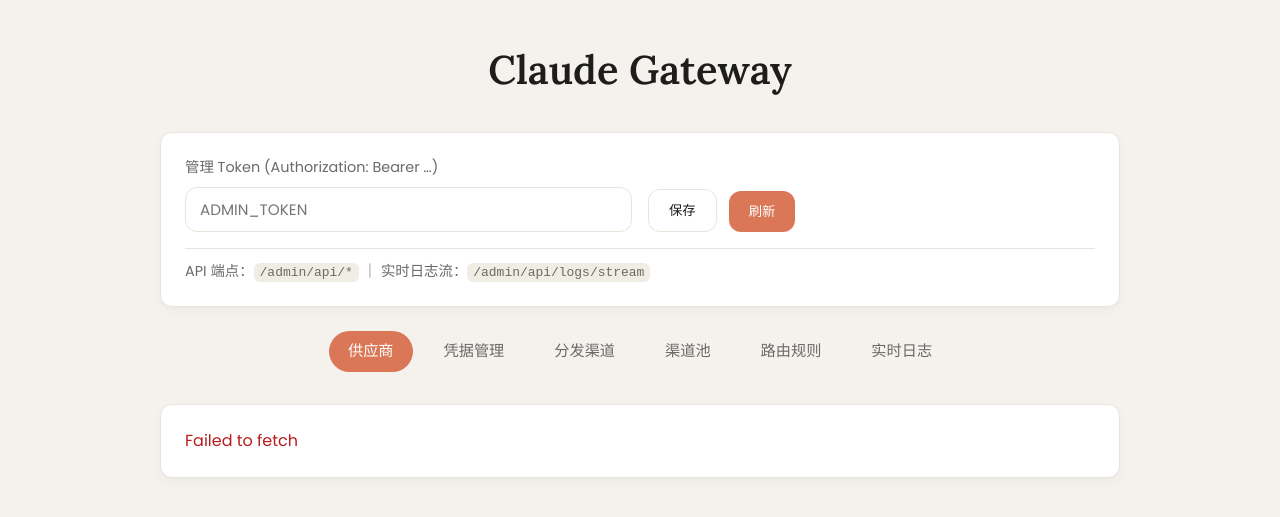
Repository: Xuuuuu04/claude-gateway
Page: internal/admin/web/index.html
An editor plug-in stored every save of this project. The page is shown before and after the next save, followed by the edit.
The browser window is 1280 px wide. The pictures show the whole page.
The page's requests for data from a server got no answer.

Above is the page before, as saved 2026-01-28 17:25:33.

### internal/admin/web/index.html
<!doctype html>
<html lang="zh-CN">
  <head>
    <meta charset="utf-8" />
    <meta name="viewport" content="width=device-width, initial-scale=1" />
    <title>Claude Gateway</title>
    <link rel="preconnect" href="https://fonts.googleapis.com">
    <link rel="preconnect" href="https://fonts.gstatic.com" crossorigin>
    <link href="https://fonts.googleapis.com/css2?family=Lora:ital,wght@0,400..700;1,400..700&family=Poppins:wght@300;400;500;600&display=swap" rel="stylesheet">
    <style>
      :root {
        --bg-color: #f5f2ed;
        --card-bg: #ffffff;
        --primary-color: #d97757;
        --primary-hover: #c4633a;
        --text-main: #1d1d1b;
        --text-muted: #6b6a68;
        --border-color: #e8e6dc;
        --code-bg: #f0ede4;
        --log-bg: #141413;
        --radius: 12px;
        --shadow: 0 4px 12px rgba(0, 0, 0, 0.03), 0 1px 2px rgba(0, 0, 0, 0.02);
      }

      * { box-sizing: border-box; }
      body {
        font-family: 'Poppins', system-ui, -apple-system, sans-serif;
        background-color: var(--bg-color);
        color: var(--text-main);
        margin: 0;
        line-height: 1.5;
        display: flex;
        flex-direction: column;
        align-items: center;
        min-height: 100vh;
      }

      .container {
        width: 100%;
        max-width: 1000px;
        padding: 40px 20px;
      }

      h1, h2, h3 {
        font-family: 'Lora', serif;
        font-weight: 600;
        margin-top: 0;
      }

      h1 { font-size: 2.5rem; margin-bottom: 32px; text-align: center; color: var(--text-main); }
      h2 { font-size: 1.5rem; margin-bottom: 20px; }
      h3 { font-size: 1.25rem; margin-bottom: 16px; color: var(--text-muted); }

      code {
        background: var(--code-bg);
        padding: 2px 6px;
        border-radius: 6px;
        font-family: ui-monospace, monospace;
        font-size: 0.9em;
      }

      input, textarea, select {
        width: 100%;
        padding: 10px 14px;
        border: 1px solid var(--border-color);
        border-radius: var(--radius);
        background-color: var(--card-bg);
        font-family: inherit;
        font-size: 0.95rem;
        transition: border-color 0.2s, box-shadow 0.2s;
        outline: none;
      }
      input:focus, textarea:focus {
        border-color: var(--primary-color);
        box-shadow: 0 0 0 3px rgba(217, 119, 87, 0.1);
      }

      textarea { min-height: 100px; resize: vertical; }

      button {
        padding: 10px 20px;
        border: none;
        background: var(--primary-color);
        color: #fff;
        border-radius: var(--radius);
        cursor: pointer;
        font-weight: 500;
        font-family: inherit;
        transition: background 0.2s, transform 0.1s;
      }
      button:hover { background: var(--primary-hover); }
      button:active { transform: scale(0.98); }
      button.secondary {
        background: transparent;
        color: var(--text-main);
        border: 1px solid var(--border-color);
      }
      button.secondary:hover { background: var(--border-color); }

      .row { display: grid; grid-template-columns: 1fr 1fr; gap: 16px; }
      .card {
        background: var(--card-bg);
        border: 1px solid var(--border-color);
        border-radius: var(--radius);
        padding: 24px;
        margin-bottom: 24px;
        box-shadow: var(--shadow);
      }
      .muted { color: var(--text-muted); font-size: 0.9rem; }

      .tabs {
        display: flex;
        gap: 12px;
        flex-wrap: wrap;
        margin-bottom: 32px;
        justify-content: center;
      }
      .tab {
        padding: 8px 18px;
        border-radius: 999px;
        cursor: pointer;
        font-weight: 500;
        font-size: 0.95rem;
        transition: all 0.2s;
        color: var(--text-muted);
        border: 1px solid transparent;
      }
      .tab:hover { background: rgba(0,0,0,0.03); }
      .tab.active {
        background: var(--primary-color);
        color: white;
      }

      .table-container { overflow-x: auto; margin: 0 -24px; }
      table { width: 100%; border-collapse: collapse; min-width: 600px; }
      th {
        text-align: left;
        padding: 12px 24px;
        font-size: 0.85rem;
        text-transform: uppercase;
        letter-spacing: 0.05em;
        color: var(--text-muted);
        border-bottom: 1px solid var(--border-color);
        font-weight: 600;
      }
      td {
        text-align: left;
        padding: 16px 24px;
        border-bottom: 1px solid var(--border-color);
        vertical-align: middle;
        font-size: 0.95rem;
      }
      tr:last-child td { border-bottom: none; }

      .logs {
        height: 400px;
        overflow: auto;
        font-family: ui-monospace, monospace;
        background: var(--log-bg);
        color: #e5e7eb;
        padding: 20px;
        border-radius: var(--radius);
        font-size: 0.85rem;
        line-height: 1.6;
      }
      .logline { white-space: pre-wrap; word-break: break-word; margin-bottom: 4px; border-bottom: 1px solid rgba(255,255,255,0.05); padding-bottom: 4px; }

      .header-actions { display: flex; align-items: center; gap: 12px; margin-top: 12px; }
      .checkbox-group { display: flex; align-items: center; gap: 8px; font-size: 0.95rem; }
      .checkbox-group input { width: auto; }

      @media (max-width: 600px) {
        .row { grid-template-columns: 1fr; }
        .container { padding: 20px 15px; }
        h1 { font-size: 2rem; }
      }
    </style>
  </head>
  <body>
    <div class="container">
      <h1>Claude Gateway</h1>

      <div class="card">
        <div class="row">
          <div>
            <div class="muted" style="margin-bottom: 8px;">管理 Token (Authorization: Bearer …)</div>
            <input id="token" type="password" placeholder="ADMIN_TOKEN" />
          </div>
          <div class="header-actions" style="align-items: flex-end;">
            <button class="secondary" id="saveToken">保存</button>
            <button id="refreshAll">刷新</button>
          </div>
        </div>
        <div class="muted" style="margin-top:16px; border-top: 1px solid var(--border-color); padding-top: 12px;">
          API 端点：<code>/admin/api/*</code> ｜ 实时日志流：<code>/admin/api/logs/stream</code>
        </div>
      </div>

      <div class="tabs" id="tabs"></div>
      <div id="view"></div>
    </div>

    <script>
      const tabs = [
        { key: 'providers', name: '供应商' },
        { key: 'credentials', name: '凭据管理' },
        { key: 'channels', name: '分发渠道' },
        { key: 'pools', name: '渠道池' },
        { key: 'rules', name: '路由规则' },
        { key: 'logs', name: '实时日志' },
      ]

      const state = {
        active: localStorage.getItem('cg.activeTab') || 'providers',
        token: localStorage.getItem('cg.adminToken') || '',
        es: null,
      }

      const $ = (id) => document.getElementById(id)

      function authHeaders() {
        const t = state.token.trim()
        return t ? { 'Authorization': 'Bearer ' + t } : {}
      }

      async function api(path, options = {}) {
        const res = await fetch('/admin/api' + path, {
          ...options,
          headers: {
            'Content-Type': 'application/json',
            ...authHeaders(),
            ...(options.headers || {}),
          },
        })
        if (res.status === 204) return null
        const text = await res.text()
        let json
        try { json = text ? JSON.parse(text) : null } catch { json = { raw: text } }
        if (!res.ok) throw new Error(json?.error || ('HTTP ' + res.status))
        return json
      }

      function renderTabs() {
        const el = $('tabs')
        el.innerHTML = ''
        for (const t of tabs) {
          const d = document.createElement('div')
          d.className = 'tab' + (state.active === t.key ? ' active' : '')
          d.textContent = t.name
          d.onclick = () => {
            state.active = t.key
            localStorage.setItem('cg.activeTab', t.key)
            if (state.es) { state.es.close(); state.es = null }
            render()
          }
          el.appendChild(d)
        }
      }

      function table(headers, rows) {
        const thead = '<tr>' + headers.map(h => '<th>' + h + '</th>').join('') + '</tr>'
        const tbody = rows.map(r => '<tr>' + r.map(c => '<td>' + c + '</td>').join('') + '</tr>').join('')
        return '<div class="table-container"><table><thead>' + thead + '</thead><tbody>' + tbody + '</tbody></table></div>'
      }

      function jsonBox(v) {
        const s = typeof v === 'string' ? v : JSON.stringify(v ?? null)
        return '<code>' + s.replaceAll('<', '&lt;') + '</code>'
      }

      async function renderProviders() {
        const list = await api('/providers') || []
        const rows = list.map(p => [
          String(p.id),
          p.type,
          p.base_url,
          jsonBox(p.default_headers_json || null),
          p.enabled ? '启用' : '禁用',
          '<button class="secondary" data-del-provider="' + p.id + '">删除</button>',
        ])
        return `
          <div class="card">
            <h2>供应商列表 (Providers)</h2>
            ${table(['ID','供应商类型','基础地址 (Base URL)','默认请求头 (Headers)','状态','操作'], rows)}
          </div>
          <div class="card">
            <h3>新增供应商</h3>
            <div class="row">
              <div><input id="p_type" placeholder="供应商类型 (如 anthropic/openai/gemini)" /></div>
              <div><input id="p_base" placeholder="基础地址 (如 https://api.anthropic.com)" /></div>
            </div>
            <div style="margin-top:16px;"><textarea id="p_hdrs" placeholder='默认请求头 JSON，例如 {"anthropic-version":"2023-06-01"}'></textarea></div>
            <div style="margin-top:16px;" class="checkbox-group"><label><input type="checkbox" id="p_enabled" checked /> 立即启用</label></div>
            <div style="margin-top:16px;"><button id="p_create">创建供应商</button></div>
          </div>
        `
      }

      async function renderCredentials() {
        const list = await api('/credentials') || []
        const rows = list.map(c => [
          String(c.id),
          String(c.provider_id),
          c.name,
          c.key_last4 || '',
          String(c.weight),
          c.concurrency_limit == null ? '-' : String(c.concurrency_limit),
          c.enabled ? '启用' : '禁用',
          '<button class="secondary" data-del-cred="' + c.id + '">删除</button>',
        ])
        return `
          <div class="card">
            <h2>凭据管理 (Credentials)</h2>
            ${table(['ID','供应商 ID','名称','密钥末 4 位','权重','并发限制','状态','操作'], rows)}
          </div>
          <div class="card">
            <h3>新增凭据</h3>
            <div class="row">
              <div><input id="c_pid" placeholder="供应商 ID (Provider ID)" /></div>
              <div><input id="c_name" placeholder="凭据名称" /></div>
            </div>
            <div style="margin-top:16px;"><input id="c_key" type="password" placeholder="API 密钥 (API Key - 仅写入时使用，不会回显)" /></div>
            <div class="row" style="margin-top:16px;">
              <div><input id="c_weight" placeholder="权重 (默认 1)" /></div>
              <div><input id="c_conc" placeholder="并发限制 (Concurrency Limit - 可留空)" /></div>
            </div>
            <div style="margin-top:16px;" class="checkbox-group"><label><input type="checkbox" id="c_enabled" checked /> 立即启用</label></div>
            <div style="margin-top:16px;"><button id="c_create">创建凭据</button></div>
          </div>
        `
      }

      async function renderChannels() {
        const list = await api('/channels') || []
        const rows = list.map(c => [
          String(c.id),
          String(c.credential_id),
          c.name,
          jsonBox(c.model_map_json || null),
          jsonBox(c.extra_headers_json || null),
          c.enabled ? '启用' : '禁用',
          '<button class="secondary" data-del-channel="' + c.id + '">删除</button>',
        ])
        return `
          <div class="card">
            <h2>分发渠道 (Channels)</h2>
            ${table(['ID','凭据 ID','名称','模型映射','额外请求头','状态','操作'], rows)}
          </div>
          <div class="card">
            <h3>新增分发渠道</h3>
            <div class="row">
              <div><input id="ch_cid" placeholder="凭据 ID" /></div>
              <div><input id="ch_name" placeholder="渠道名称" /></div>
            </div>
            <div style="margin-top:16px;"><textarea id="ch_modelmap" placeholder='模型映射 JSON，例如 {"claude-3-5-sonnet":"claude-3-5-sonnet-20241022"}'></textarea></div>
            <div style="margin-top:16px;"><textarea id="ch_hdrs" placeholder='额外请求头 JSON，例如 {"x-custom-header":"value"}'></textarea></div>
            <div style="margin-top:16px;" class="checkbox-group"><label><input type="checkbox" id="ch_enabled" checked /> 立即启用</label></div>
            <div style="margin-top:16px;"><button id="ch_create">创建渠道</button></div>
          </div>
        `
      }

      async function renderPools() {
        const list = await api('/pools') || []
        const rows = list.map(p => [
          String(p.id),
          p.name,
          p.strategy,
          jsonBox(p.channel_ids),
          p.enabled ? '启用' : '禁用',
          '<button class="secondary" data-del-pool="' + p.id + '">删除</button>',
        ])
        return `
          <div class="card">
            <h2>渠道池 (Pools)</h2>
            ${table(['ID','池名称','调度策略','包含渠道 ID','状态','操作'], rows)}
            <div class="muted" style="margin-top:12px;">可用调度策略：<code>round_robin</code> (轮询) / <code>weighted_rr</code> (加权轮询) / <code>least_inflight</code> (最小并发) / <code>priority_failover</code> (优先级故障转移)</div>
          </div>
          <div class="card">
            <h3>新增渠道池</h3>
            <div class="row">
              <div><input id="pl_name" placeholder="池名称 (如 default)" /></div>
              <div><input id="pl_strategy" placeholder="调度策略" value="round_robin" /></div>
            </div>
            <div style="margin-top:16px;"><input id="pl_channels" placeholder="渠道 ID 列表 (逗号分隔，例如 1,2,3)" /></div>
            <div style="margin-top:16px;" class="checkbox-group"><label><input type="checkbox" id="pl_enabled" checked /> 立即启用</label></div>
            <div style="margin-top:16px;"><button id="pl_create">创建渠道池</button></div>
          </div>
        `
      }

      async function renderRules() {
        const list = await api('/rules') || []
        const rows = list.map(rr => [
          String(rr.id),
          String(rr.priority),
          jsonBox(rr.match_json || {}),
          String(rr.pool_id),
          rr.fallback_pool_id == null ? '-' : String(rr.fallback_pool_id),
          rr.enabled ? '启用' : '禁用',
          '<button class="secondary" data-del-rule="' + rr.id + '">删除</button>',
        ])
        return `
          <div class="card">
            <h2>路由规则 (Rules)</h2>
            ${table(['ID','优先级','匹配条件','目标池 ID','备选池 ID','状态','操作'], rows)}
            <div class="muted" style="margin-top:12px;">匹配条件支持：<code>facade</code> (接口类型), <code>model</code> (模型名), <code>model_regex</code> (正则匹配)。优先级越小越先匹配。</div>
          </div>
          <div class="card">
            <h3>新增路由规则</h3>
            <div class="row">
              <div><input id="r_priority" placeholder="优先级 (数字，越小越优先)" value="10" /></div>
              <div><input id="r_pool" placeholder="目标渠道池 ID" /></div>
            </div>
            <div style="margin-top:16px;"><input id="r_fallback" placeholder="备选渠道池 ID (可选)" /></div>
            <div style="margin-top:16px;"><textarea id="r_match" placeholder='匹配条件 JSON，例如 {"facade":"anthropic","model_regex":".*sonnet.*"}'></textarea></div>
            <div style="margin-top:16px;" class="checkbox-group"><label><input type="checkbox" id="r_enabled" checked /> 立即启用</label></div>
            <div style="margin-top:16px;"><button id="r_create">创建规则</button></div>
          </div>
        `
      }

      async function renderLogs() {
        return `
          <div class="card">
            <h2>实时日志 (Logs)</h2>
            <div class="muted" style="margin-bottom: 16px;">通过 SSE 实时订阅系统日志 (仅展示最近 200 条)</div>
            <div class="logs" id="logbox"></div>
          </div>
        `
      }

      async function render() {
        renderTabs()
        $('token').value = state.token
        const view = $('view')
        view.innerHTML = '<div class="muted">加载中…</div>'
        try {
          let html = ''
          if (state.active === 'providers') html = await renderProviders()
          if (state.active === 'credentials') html = await renderCredentials()
          if (state.active === 'channels') html = await renderChannels()
          if (state.active === 'pools') html = await renderPools()
          if (state.active === 'rules') html = await renderRules()
          if (state.active === 'logs') html = await renderLogs()
          view.innerHTML = html
          bindActions()
        } catch (e) {
          view.innerHTML = '<div class="card"><div style="color:#b91c1c;">' + String(e.message || e) + '</div></div>'
        }
      }

      function bindActions() {
        if (state.active === 'providers') {
          $('p_create').onclick = async () => {
            const hdrs = $('p_hdrs').value.trim()
            await api('/providers', { method: 'POST', body: JSON.stringify({
              type: $('p_type').value.trim(),
              base_url: $('p_base').value.trim(),
              default_headers_json: hdrs ? JSON.parse(hdrs) : null,
              enabled: $('p_enabled').checked,
            })})
            render()
          }
          document.querySelectorAll('[data-del-provider]').forEach(btn => btn.onclick = async () => {
            await api('/providers/' + btn.dataset.delProvider, { method: 'DELETE' })
            render()
          })
        }
        if (state.active === 'credentials') {
          $('c_create').onclick = async () => {
            const conc = $('c_conc').value.trim()
            await api('/credentials', { method: 'POST', body: JSON.stringify({
              provider_id: Number($('c_pid').value),
              name: $('c_name').value.trim(),
              api_key: $('c_key').value.trim(),
              weight: Number($('c_weight').value || 1),
              concurrency_limit: conc ? Number(conc) : null,
              enabled: $('c_enabled').checked,
            })})
            render()
          }
          document.querySelectorAll('[data-del-cred]').forEach(btn => btn.onclick = async () => {
            await api('/credentials/' + btn.dataset.delCred, { method: 'DELETE' })
            render()
          })
        }
        if (state.active === 'channels') {
          $('ch_create').onclick = async () => {
            const mm = $('ch_modelmap').value.trim()
            const hdrs = $('ch_hdrs').value.trim()
            await api('/channels', { method: 'POST', body: JSON.stringify({
              credential_id: Number($('ch_cid').value),
              name: $('ch_name').value.trim(),
              model_map_json: mm ? JSON.parse(mm) : null,
              extra_headers_json: hdrs ? JSON.parse(hdrs) : null,
              enabled: $('ch_enabled').checked,
            })})
            render()
          }
          document.querySelectorAll('[data-del-channel]').forEach(btn => btn.onclick = async () => {
            await api('/channels/' + btn.dataset.delChannel, { method: 'DELETE' })
            render()
          })
        }
        if (state.active === 'pools') {
          $('pl_create').onclick = async () => {
            const ids = $('pl_channels').value.split(',').map(x => x.trim()).filter(Boolean).map(Number)
            await api('/pools', { method: 'POST', body: JSON.stringify({
              name: $('pl_name').value.trim(),
              strategy: $('pl_strategy').value.trim(),
              channel_ids: ids,
              enabled: $('pl_enabled').checked,
            })})
            render()
          }
          document.querySelectorAll('[data-del-pool]').forEach(btn => btn.onclick = async () => {
            await api('/pools/' + btn.dataset.delPool, { method: 'DELETE' })
            render()
          })
        }
        if (state.active === 'rules') {
          $('r_create').onclick = async () => {
            const fb = $('r_fallback').value.trim()
            const match = $('r_match').value.trim()
            await api('/rules', { method: 'POST', body: JSON.stringify({
              priority: Number($('r_priority').value),
              match_json: match ? JSON.parse(match) : {},
              pool_id: Number($('r_pool').value),
              fallback_pool_id: fb ? Number(fb) : null,
              enabled: $('r_enabled').checked,
            })})
            render()
          }
          document.querySelectorAll('[data-del-rule]').forEach(btn => btn.onclick = async () => {
            await api('/rules/' + btn.dataset.delRule, { method: 'DELETE' })
            render()
          })
        }
        if (state.active === 'logs') {
          const box = $('logbox')
          const token = state.token.trim()
          if (!token) {
            box.innerHTML = '<div class="logline">需要先设置 ADMIN_TOKEN</div>'
            return
          }
          if (state.es) state.es.close()
          const url = '/admin/api/logs/stream?token=' + encodeURIComponent(token)
          const es = new EventSource(url, { withCredentials: false })
          state.es = es
          es.onmessage = () => {}
          es.addEventListener('log', (ev) => {
            try {
              const obj = JSON.parse(ev.data)
              const line = `[${obj.ts}] ${obj.facade} 模型=${obj.model} 供应商=${obj.provider_type} 渠道池=${obj.pool_id} 渠道=${obj.channel_id} 状态=${obj.status} 耗时=${obj.latency_ms}ms ${obj.error || ''}`
              const div = document.createElement('div')
              div.className = 'logline'
              div.textContent = line
              box.appendChild(div)
              while (box.childNodes.length > 200) box.removeChild(box.firstChild)
              box.scrollTop = box.scrollHeight
            } catch {}
          })
          es.onerror = () => {
            const div = document.createElement('div')
            div.className = 'logline'
            div.textContent = '[错误] SSE 连接已断开'
            box.appendChild(div)
          }
        }
      }

      $('saveToken').onclick = () => {
        state.token = $('token').value.trim()
        localStorage.setItem('cg.adminToken', state.token)
        render()
      }
      $('refreshAll').onclick = () => render()
      $('token').value = state.token

      render()
    </script>
  </body>
</html>

After the next save:
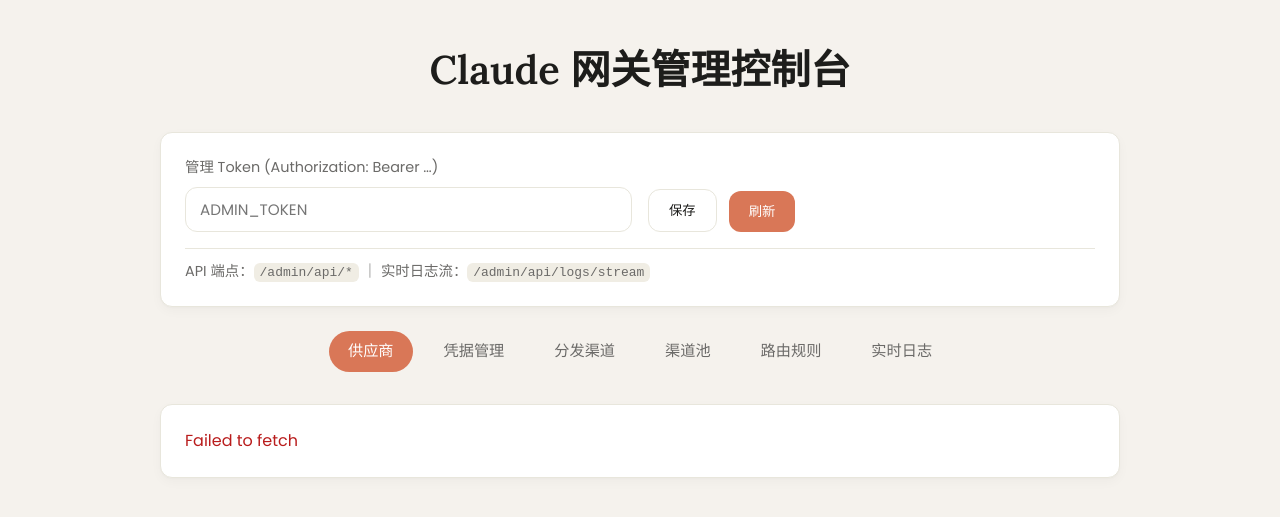
Saved 32 s later.
--- a/internal/admin/web/index.html
+++ b/internal/admin/web/index.html
@@ -178,7 +178,7 @@
   </head>
   <body>
     <div class="container">
-      <h1>Claude Gateway</h1>
+      <h1>Claude 网关管理控制台</h1>
 
       <div class="card">
         <div class="row">
